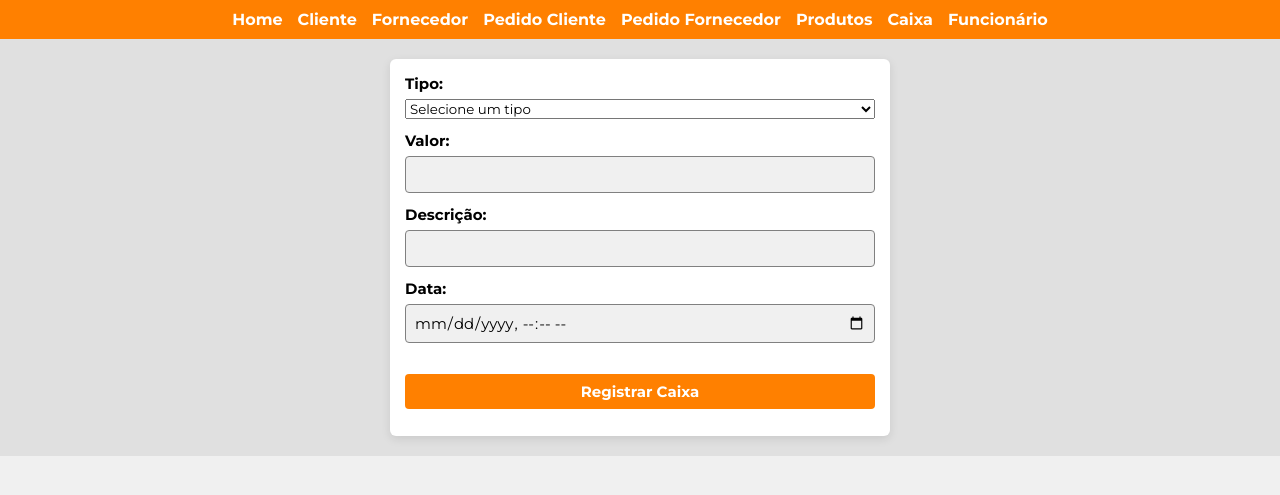
Repository: walterdmp/JavaWeb_BartoBotinas
Page: http://localhost/BartoBotinas/cadastrarCaixa.jsp
The author's editor kept a copy of each file at every save. The page is drawn from the files as they stood at one save, then again after the next save.
The browser window is 1280 px wide. The pictures show the whole page.
The page is served by Tomcat 9.

Above is the page before, as saved 2024-07-31 20:10:57.

After the next save:
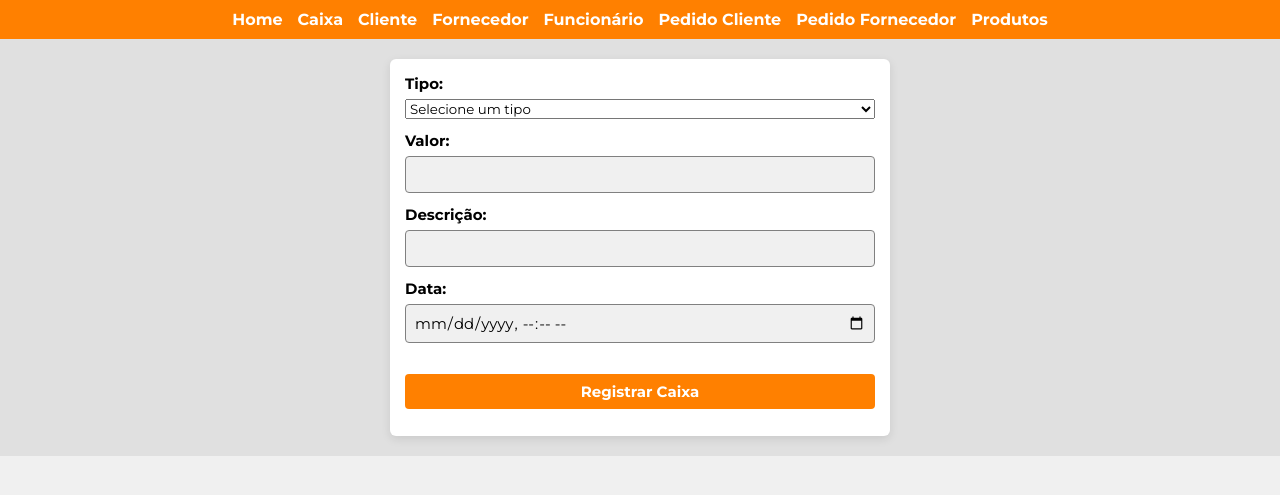
Saved 75 s later.
--- a/BartoBotinas/WebContent/cadastrarCaixa.jsp
+++ b/BartoBotinas/WebContent/cadastrarCaixa.jsp
@@ -11,13 +11,13 @@
 	<nav class="bartoNav">
 		<ul>
 			<li><a href="home.jsp">Home</a></li>
+			<li><a href="cadastrarCaixa.jsp">Caixa</a></li>
 			<li><a href="cadastrarCliente.jsp">Cliente</a></li>
 			<li><a href="cadastrarFornecedor.jsp">Fornecedor</a></li>
+			<li><a href="cadastrarFuncionario.jsp">Funcionário</a></li>
 			<li><a href="cadastrarPedidoCliente.jsp">Pedido Cliente</a></li>
 			<li><a href="cadastrarPedidoFornecedor.jsp">Pedido Fornecedor</a></li>
 			<li><a href="cadastrarProdutos.jsp">Produtos</a></li>
-			<li><a href="cadastrarCaixa.jsp">Caixa</a></li>
-			<li><a href="cadastrarFuncionario.jsp">Funcionário</a></li>
 		</ul>
 	</nav>
 	<main class="bartoMain">
